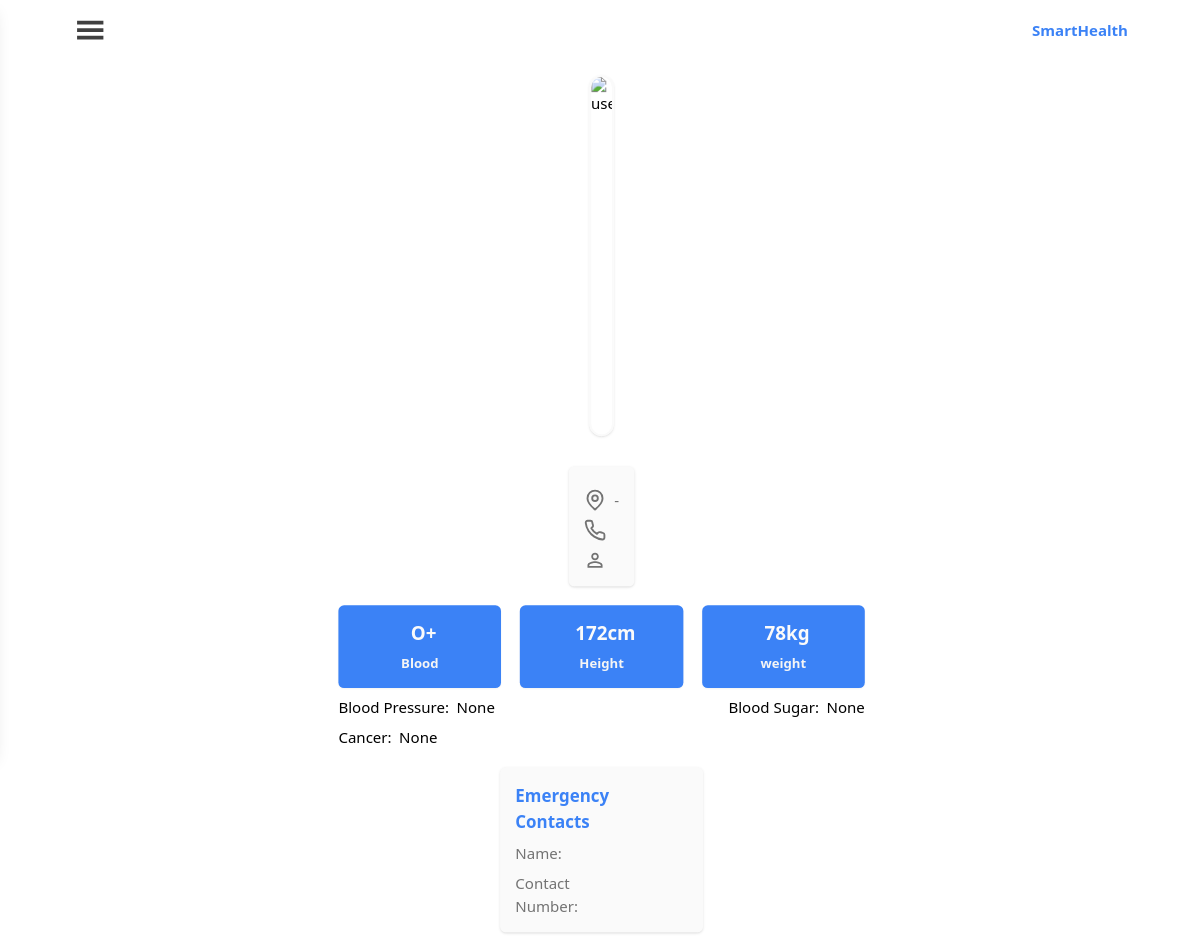
Repository: Sanaa00/HI-user
Page: /home
These files come from the project's save history. The page is drawn as it stood at one moment and after the next save; the edit follows.
The browser window is 1280 px wide. The pictures show the whole page, at 94% of full size.
The page's requests for data from a server got no answer. The project was rebuilt for these pictures with package versions that can differ from the ones it lists, and the page was loaded fresh each time. No one was signed in, and anything a server would have sent is missing. Also part of the build but not shown: vite.config.js, src/App.css, src/Components/Pagination.jsx, src/Pages/Prescription.jsx, src/Components/modalComponent.jsx, src/Pages/Laboratory.jsx, src/Pages/Radiographic.jsx, src/Components/InputField.jsx and 2 more.

Above is the page before, as saved 2024-01-12 21:39:47.

### src/main.jsx
import React from 'react';
import ReactDOM from 'react-dom/client';
import App from './App.jsx';
import './index.css';
import Modal from 'react-modal';
import { BrowserRouter } from 'react-router-dom';
Modal.setAppElement('#root');
ReactDOM.createRoot(document.getElementById('root')).render(
  <React.StrictMode>
    <BrowserRouter>
      {/* <Provider store={store}> */}
      <App />
      {/* </Provider>{' '} */}
    </BrowserRouter>
  </React.StrictMode>,
);

### src/App.jsx
import { Route, Routes } from 'react-router-dom';
import './App.css';
import Home from './Pages/Home';
// import Test from './Pages/Test';
import Navbar from './Components/Navbar';
import Prescription from './Pages/Prescription';
import Laboratory from './Pages/Laboratory';
import Radiographic from './Pages/Radiographic';
import ModalComponent from './Components/modalComponent';
import Login from './Pages/Login';
import SignUp from './Pages/SignUp';

function App() {
  return (
    <>
      <Navbar />
      <Routes>
        <Route path="/home" element={<Home />} />
        <Route path="/laboratory" element={<Laboratory />}>
          <Route path=":id" element={<ModalComponent />} />
        </Route>
        <Route path="/Radiographic" element={<Radiographic />} />
        <Route path="/Prescription" element={<Prescription />} />
        <Route path="/" element={<Login />} />
        <Route path="/signup" element={<SignUp />} />
        {/* <Route path="products" element={<Products />} />
          <Route path="setting" element={<Setting />} />
          <Route path="hide" element={<HideProducts />} /> */}
        {/* </Route> */}
      </Routes>
    </>
  );
}

export default App;

### src/Pages/Home.jsx
import { useEffect, useState } from 'react';
import { supabase } from '../supabaseClient';
import { FaLocationDot, FaPhone } from 'react-icons/fa6';
import { LuPhone } from 'react-icons/lu';
import { MdPermIdentity } from 'react-icons/md';
import { CiPhone } from 'react-icons/ci';
import { GrLocation } from 'react-icons/gr';
function Home() {
  const [data, setData] = useState([]);

  useEffect(() => {
    const fetchData = async () => {
      const { data, error } = await supabase
        .from('personInformation')
        .select('*')
        .eq('id', 34567890)
        .single();
      console.log('first', data);
      if (error) console.log('Error', error);
      else setData(data);
    };

    fetchData();
  }, []);
  return (
    <div className="mt-16 min-h-screen p-4 sm:px-10 md:px-20  flex flex-col lg:items-center">
      <div className="flex justify-center items-center">
        {console.log(data)}{' '}
        <img
          className="object-cover rounded-full w-72 border-2 border-neutral-50 shadow h-72 lg:w-1/2 lg:h-96 "
          src={data.userImage}
          alt="user"
        />
      </div>
      {/* <div className="mt-5 text-center font-bold text-lg lg:w-1/2">
        Personal Information
      </div> */}
      <div className="mt-3 lg:w-1/2 flex justify-center items-center">
        {/* <span>Name:</span> */}
        <span className="ml-2 font-semibold">{data.fullName}</span>
      </div>{' '}
      {/* <div className="mt-2 flex justify-between items-center lg:w-1/2"> */}
      {/* <span>
          {' '}
          <span>DOB:</span>
          <span className="ml-2">{data.dateOfBirth}</span>
        </span>{' '}
        <span>
          {' '}
          <span>Gender:</span>
          <span className="ml-2">{data.gender}</span>
        </span> */}
      {/* </div>{' '} */}
      <div className="mt-5  bg-neutral-50 text-neutral-500 rounded-md p-4 shadow ">
        {' '}
        <div className="mt-2 flex justify-between items-center lg:w-1/2">
          <span className="flex items-center flex-row">
            {' '}
            <span>
              <GrLocation className="w-6 h-6" />
            </span>
            <span className="ml-2">
              {data.city}-{data.address}
            </span>
          </span>
        </div>
        {/* ****************** */}
        <div className="mt-2 flex justify-between items-center lg:w-1/2">
          <span className="flex items-center">
            {' '}
            <span>
              <LuPhone className="w-6 h-6" />
            </span>
            <span className="ml-2">{data.contactNumber}</span>
          </span>{' '}
        </div>{' '}
        <div className="mt-2 flex justify-between items-center lg:w-1/2">
          <span className="flex items-center">
            {' '}
            <span>
              <MdPermIdentity className="w-6 h-6" />
            </span>
            <span className="ml-2">{data.id}</span>
          </span>{' '}
        </div>
      </div>
      {/* **********vital information*********** */}
      <div className="mt-5 text-neutral-50 grid grid-cols-3 gap-5 justify-between items-center  text-lg lg:w-1/2">
        {' '}
        {/* <div className="mt-2 flex justify-between items-center lg:w-1/2"> */}
        <div className="w-full flex flex-col items-center justify-center bg-blue-500 p-4 rounded-md shadow-sm ">
          {' '}
          <div className="ml-2 text-xl font-bold">O+</div>
          <div className="text-sm font-semibold text-neutral-100 mt-2">
            Blood
          </div>
        </div>{' '}
        {/* </div>{' '} */}
        {/* <div className="mt-2 flex justify-between items-center lg:w-1/2"> */}
        <div className="flex w-full flex-col justify-center items-center bg-blue-500 p-4 rounded-md shadow-sm">
          {' '}
          <div className="text-center ml-2 text-xl font-bold">172cm</div>{' '}
          <div className="text-center text-sm font-semibold text-neutral-100 mt-2">
            Height
          </div>
        </div>{' '}
        <div className="flex flex-col justify-center items-center bg-blue-500 p-4 rounded-md shadow-sm w-full">
          {' '}
          <div className="ml-2 text-xl font-bold">78kg</div>
          <div className="text-sm font-semibold text-neutral-100 mt-2">
            weight
          </div>
        </div>{' '}
      </div>{' '}
      {/* </div> */}
      {/* <div className="mt-2 flex justify-between items-center lg:w-1/2">
        <span>
          {' '}
          <span>Blood Type:</span>
          <span className="ml-2">O+</span>
        </span>{' '}
      </div>{' '}
      <div className="mt-2 flex justify-between items-center lg:w-1/2">
        <span>
          {' '}
          <span>Height:</span>
          <span className="ml-2">172 cm</span>
        </span>{' '}
        <span>
          {' '}
          <span>weight:</span>
          <span className="ml-2">78 kg</span>
        </span>{' '}
      </div>{' '} */}
      <div className="mt-2 flex justify-between items-center lg:w-1/2">
        <span>
          {' '}
          <span>Blood Pressure:</span>
          <span className="ml-2">None</span>
        </span>{' '}
        <span>
          {' '}
          <span>Blood Sugar:</span>
          <span className="ml-2">None</span>
        </span>{' '}
      </div>{' '}
      <div className="mt-2 flex justify-between items-center lg:w-1/2">
        <span>
          {' '}
          <span>Cancer:</span>
          <span className="ml-2">None</span>
        </span>{' '}
      </div>{' '}
      {/* ***************Emergency Contacts********** */}
      <div className="mt-5  bg-neutral-50 text-neutral-500 rounded-md p-4 shadow ">
        {' '}
        <div className=" font-bold text-blue-500 text-lg lg:w-1/2">
          Emergency Contacts
        </div>
        <div className="mt-2 flex justify-between items-center lg:w-1/2">
          <span>
            {' '}
            <span>Name:</span>
            <span className="ml-2">{data.emergencyContactName}</span>
          </span>{' '}
        </div>{' '}
        {/* <div className="mt-2 flex justify-between items-center lg:w-1/2">
          <span>
            {' '}
            <span>Relationship to the patient:</span>
            <span className="ml-2">Boy</span>
          </span>{' '}
        </div>{' '} */}
        <div className="mt-2  flex justify-between items-center lg:w-1/2">
          <span>
            {' '}
            <span>Contact Number:</span>
            <span className="ml-2">{data.emergencyContactNumber}</span>
          </span>{' '}
        </div>
      </div>
      {/* <div className="mt-5 font-bold text-blue-500 text-lg lg:w-1/2">
        Emergency Contacts
      </div>
      <div className="mt-2 flex justify-between items-center lg:w-1/2">
        <span>
          {' '}
          <span>Name:</span>
          <span className="ml-2">{data.emergencyContactName}</span>
        </span>{' '}
      </div>{' '}
      <div className="mt-2 flex justify-between items-center lg:w-1/2">
        <span>
          {' '}
          <span>Relationship to the patient:</span>
          <span className="ml-2">Boy</span>
        </span>{' '}
      </div>{' '}
      <div className="mt-2 mb-5 flex justify-between items-center lg:w-1/2">
        <span>
          {' '}
          <span>Contact Number:</span>
          <span className="ml-2">{data.emergencyContactNumber}</span>
        </span>{' '}
      </div> */}
    </div>
  );
}

export default Home;

### src/Components/Navbar.jsx
import { useState } from 'react';
import { Link, NavLink } from 'react-router-dom';
import { GiHamburgerMenu } from 'react-icons/gi';
import { IoCloseSharp } from 'react-icons/io5';
function Navbar() {
  const [open, setOpen] = useState(false);
  return (
    <div className="flex text-neutral-700 top-0 z-50 fixed px-4 sm:px-10 md:px-20 justify-between items-center bg-white h-16 w-full">
      <div
        className={` flex justify-between hover:bg-opacity-80 duration-500 hover:duration-500 items-center w-full h-full text-lg font-bold`}
      >
        <button onClick={() => setOpen(!open)} className="">
          <GiHamburgerMenu className="w-8 h-8" />
        </button>{' '}
        <div
          className={` bg-white rounded-sm  flex flex-col fixed w-4/5 lg:w-96 top-0 z-40 left-0 shadow-lg transform duration-500 ease-in-out ${
            open ? 'translate-x-0' : '-translate-x-full'
          }`}
        >
          <button
            onClick={() => setOpen(!open)}
            className="mt-3 mb-2 left-0 px-3 flex h-16"
          >
            <IoCloseSharp className="w-9 h-9" />
          </button>

          <div className="w-full h-screen flex flex-col text-orange p-4">
            <Link to="/home" onClick={() => setOpen(!open)} className="pb-3">
              Person Information
            </Link>
            <Link
              to="/Radiographic"
              onClick={() => setOpen(!open)}
              className="py-3"
            >
              Radiographic examination
            </Link>
            <Link
              to="/laboratory"
              onClick={() => setOpen(!open)}
              className="py-3"
            >
              Laboratory examination
            </Link>
            <Link
              to="/Prescription"
              onClick={() => setOpen(!open)}
              className="py-3"
            >
              Prescription
            </Link>
          </div>
        </div>
      </div>
      <NavLink to="/home" className="ml-2 font-bold text-blue-500">
        SmartHealth
      </NavLink>
    </div>
  );
}

export default Navbar;

### src/supabaseClient.js
import { createClient } from '@supabase/supabase-js';

const supabaseUrl =
    import.meta.env.VITE_REACT_APP_SUPABASE_URL;
const supabaseAnonKey =
    import.meta.env.VITE_REACT_APP_SUPABASE_ANON_KEY;

export const supabase = createClient(supabaseUrl, supabaseAnonKey);

Loaded but not shown: index.html (common file); src/index.css (common file); tailwind.config.js (common file)

After the next save:
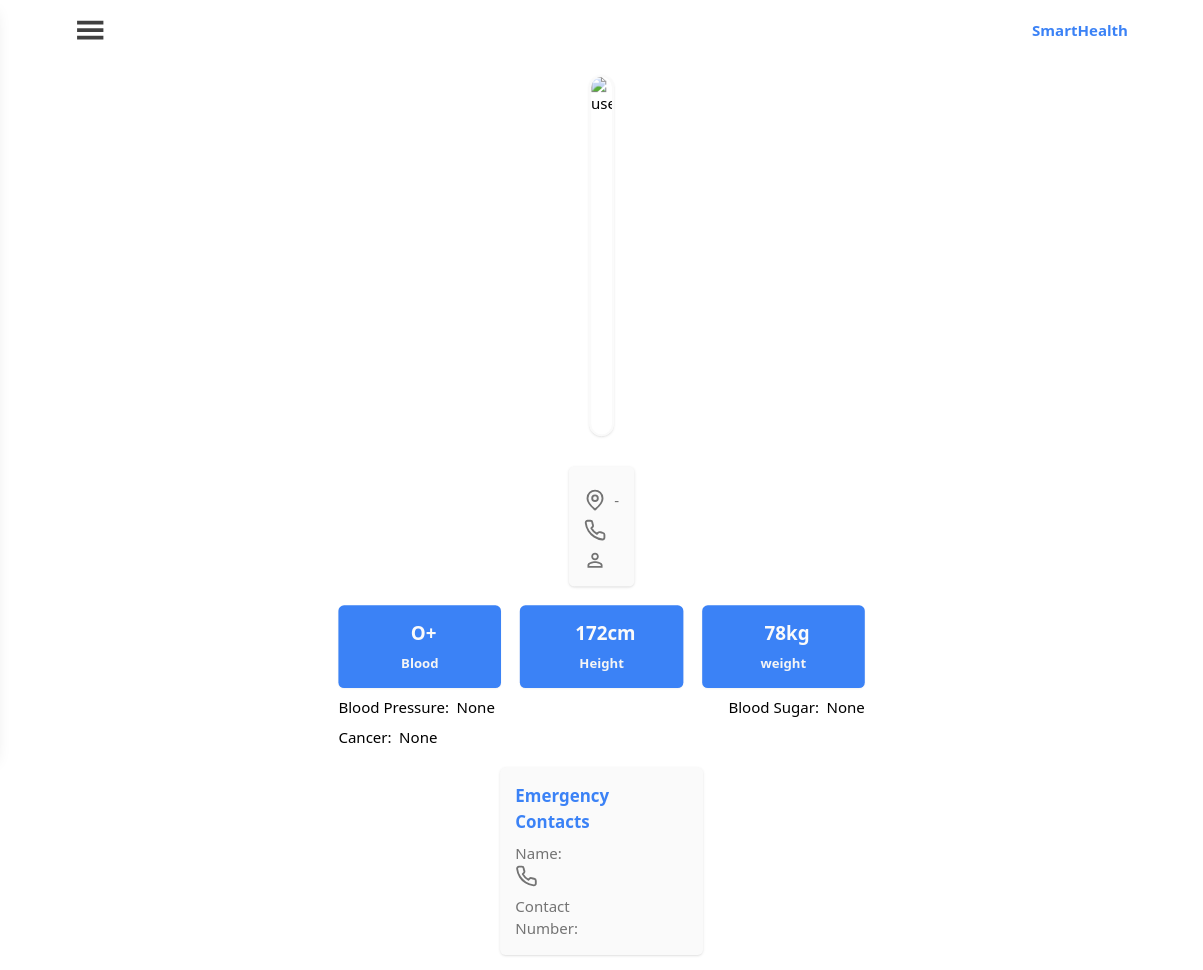
Saved 24 s later.
--- a/src/Pages/Home.jsx
+++ b/src/Pages/Home.jsx
@@ -161,7 +161,11 @@ function Home() {
           <span>
             {' '}
             <span>Name:</span>
-            <span className="ml-2">{data.emergencyContactName}</span>
+            <span className="ml-2">
+              {' '}
+              <LuPhone className="w-6 h-6" />
+              {data.emergencyContactName}
+            </span>
           </span>{' '}
         </div>{' '}
         {/* <div className="mt-2 flex justify-between items-center lg:w-1/2">
